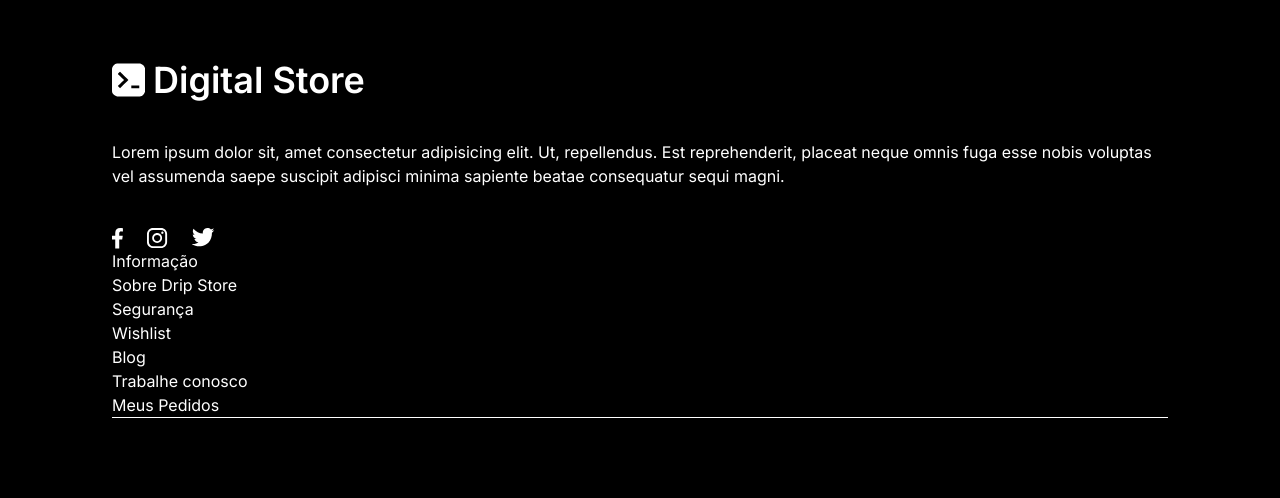
Repository: geracao-09/digital-store
Page: index.html
The author's editor kept a copy of each file at every save. The page is drawn from the files as they stood at one save, then again after a run of saves.
The browser window is 1280 px wide. The pictures show the part of the page from y = 3410 to 4004 px (the page is 3908 px tall before and 4004 px after).
A picture or video elsewhere on the page could not be fetched, so the positions and the page height are approximate.

Above is the page before, as saved 2025-04-25 08:51:02.

### index.html
<!DOCTYPE html>
<html lang="pt-br">
<head>
    <meta charset="UTF-8">
    <meta name="viewport" content="width=device-width, initial-scale=1.0">
    <title>Digital Store</title>
    <link href="./style.css" rel="stylesheet">
    <script src="https://cdn.jsdelivr.net/npm/@tailwindcss/browser@4"></script>
    <link rel="shortcut icon" href="/assets/digital-logo.svg" type="image/x-icon">
</head>
<body>
<header class="flex flex-col gap-12 px-[108px] py-[38px]">
    <div class="flex items-center justify-between">
        <div class="flex gap-1">
            <img src="/assets/digital-logo.svg" alt="Logo da Digital Store">
            <h1 class="text-4xl text-(--primary-color) font-semibold">Digital Store</h1>
        </div>
        <input type="text" placeholder="Pesquisar produto..." class="bg-(--light-gray-3) py-2 px-3 rounded-lg ml-40 mr-14 bg-[url(/assets/icons/search.svg)] bg-no-repeat bg-right focus:placeholder-transparent w-[560px]" />
        <div>
            <a href="#" class="bg-(--primary-color) text-white rounded-lg px-7 py-3 font-bold text-sm">
                Entrar
            </a>
        </div>
        <div class="relative">
            <img src="/assets/icons/cart.svg" alt="Imagem de um carrinho de compras">
            <div class="flex justify-center items-center absolute bg-(--tertiary-color) text-white font-bold text-xs rounded-full w-[18px] h-[18px] bottom-[15px] left-3">
                2
            </div>
        </div>
    </div>
    </div>
    <nav class="pl-32">
        <ul class="flex gap-6 text-(--dark-gray-2)">
            <li class="hover:text-(--primary-color) hover:font-bold">
                <a href="#">
                Home
            </a>
        </li>
            <li class="hover:text-(--primary-color) hover:font-bold">
                <a href="#">
                Produtos
            </a>
        </li>
            <li class="hover:text-(--primary-color) hover:font-bold">
                <a href="#">
                Categorias
            </a>
        </li>
            <li class="hover:text-(--primary-color) hover:font-bold">
                <a href="#">
                Meus Pedidos
            </a>
        </li>
        </ul>
    </nav>
</header>
<main>
    <section class="flex px-[108px] bg-(--light-gray-3) py-[78px] h-[680px] relative">
        <div class="flex flex-col gap-5 w-[466px]">
            <p class="text-(--warning-color) font-bold">
                Melhores ofertas personalizadas
            </p>
            <h2 class="font-extrabold text-6xl">
                Queima de estoque Nike 🔥
            </h2>
            <p class="text-(--dark-gray-2) text-lg">
                Consequat culpa exercitation mollit nisi excepteur do do tempor laboris eiusmod irure consectetur.
            </p>
            <a href="#" class="flex items-center justify-center bg-(--primary-color) text-(--light-gray-3) font-bold w-[220px] h-[48px] rounded-lg">
                Ver Ofertas
            </a>
        </div>
        <img src="/assets/pictures/white-sneakers.svg" alt="Foto de um tenis branco" class="absolute right-28 bottom-8"/>
        <img src="/assets/ornaments/ornament.svg" alt="Firula do site - by wendell" class="absolute top-12 right-8">
    </section>
    <section class="flex flex-col gap-15 px-[108px] py-[42px]">
        <div class="flex flex-col gap-10">
            <h4 class="text-(--dark-gray-2) font-bold text-2xl">
                Coleções em destaque
            </h4>
            <ul class="grid grid-cols-3 gap-3.5 h-68">
                <li  class="flex bg-[#D8E3F2] pl-8 pt-8 rounded-md relative bg-[url(/assets/pictures/star-wars-shirt-pic.svg)] bg-no-repeat bg-bottom-right">
                    <div class="w-1/2 z-10">
                    <p class="bg-[#E7FF86] rounded-4xl font-bold text-(--dark-gray-2) w-[96px] text-center py-1.5 text-sm">
                        30% OFF
                    </p>
                    <h5 class="font-bold text-(--dark-gray) text-4xl mt-2.5 mb-8">
                        Novo drop Supreme
                    </h5>
                    <a href="#" class="text-(--primary-color) bg-white rounded-xl font-bold px-12 py-4.5">
                        Comprar
                    </a>
                </div>
                </li>
                <li  class="flex bg-[#D8E3F2] pl-8 pt-8 rounded-md relative bg-[url(/assets/pictures/sneaks-pic.svg)] bg-no-repeat bg-bottom-right">
                    <div class="w-1/2 z-10">
                    <p class="bg-[#E7FF86] rounded-4xl font-bold text-(--dark-gray-2) w-[96px] text-center py-1.5 text-sm">
                        30% OFF
                    </p>
                    <h5 class="font-bold text-(--dark-gray) text-4xl mt-2.5 mb-8">
                        Coleção Adidas
                    </h5>
                    <a href="#" class="text-(--primary-color) bg-white rounded-xl font-bold px-12 py-4.5">
                        Comprar
                    </a>
                </div>
                </li>
                <li  class="flex bg-[#D8E3F2] pl-8 pt-8 rounded-md relative bg-[url(/assets/pictures/headphone-pic.svg)] bg-no-repeat bg-bottom-right">
                    <div class="w-1/2 z-10">
                    <p class="bg-[#E7FF86] rounded-4xl font-bold text-(--dark-gray-2) w-[96px] text-center py-1.5 text-sm">
                        30% OFF
                    </p>
                    <h5 class="font-bold text-(--dark-gray) text-4xl mt-2.5 mb-8">
                        Novo<br> Beats Bass
                    </h5>
                    <a href="#" class="text-(--primary-color) bg-white rounded-xl font-bold px-12 py-4.5">
                        Comprar
                    </a>
                </div>
                </li>
            </ul>
        </div>
        <div class="bg-[url(/assets/icons/house-border.svg)] bg-no-repeat bg-center object-contain flex flex-col items-center gap-5 pt-5.5 h-[318px]">
            <h1 class="font-bold text-2xl text-(--dark-gray-2)">
                Coleções em destaque
            </h1>
            <ul class="flex gap-8">
                <li><a href="#">
                    <div class="bg-[url(/assets/icons/t-shirt.svg)] w-[104px] h-[104px] bg-white bg-no-repeat bg-center rounded-full"></div>
                    <p class="font-bold text-sm text-(--dark-gray-2) text-center">Camisetas</p>
                </a></li>
                <li><a href="#">
                    <div class="bg-[url(/assets/icons/pants.svg)] w-[104px] h-[104px] bg-white bg-no-repeat bg-center rounded-full"></div>
                    <p class="font-bold text-sm text-(--dark-gray-2) text-center">Calças</p>
                </a></li>
                <li><a href="#">
                    <div class="bg-[url(/assets/icons/cap.svg)] w-[104px] h-[104px] bg-white bg-no-repeat bg-center rounded-full"></div>
                    <p class="font-bold text-sm text-(--dark-gray-2) text-center">Bonés</p>
                </a></li>
                <li><a href="#">
                    <div class="bg-[url(/assets/icons/headphones.svg)] w-[104px] h-[104px] bg-white bg-no-repeat bg-center rounded-full"></div>
                    <p class="font-bold text-sm text-(--dark-gray-2) text-center">Headphones</p>
                </a></li>
                <li><a href="#">
                    <div class="bg-[url(/assets/icons/sneakers.svg)] w-[104px] h-[104px] bg-white bg-no-repeat bg-center rounded-full"></div>
                    <p class="font-bold text-sm text-(--dark-gray-2) text-center">Tênis</p>
                </a></li>
            </ul>
        </div>
    </section>
    <section class="px-[108px]">
        <div class="flex justify-between mb-5">
            <h4 class="text-(--dark-gray-2) font-bold text-2xl">
                Produtos em  alta
            </h4>
            <div class="flex gap-2 items-center">
                <a href="#" class="text-(--primary-color) text-[18px]">
                    Ver todos
                </a>
                <img src="/assets/ornaments/arrow-right.svg" alt="Flecha apontando pra direita" class="w-[24px]">
            </div>
        </div>
        <ul class="grid grid-cols-4">
            <li class="mb-5">
            <div class="bg-[url(/assets/pictures/sneaks-pic2.svg)] w-[292px] h-[320px] bg-white bg-no-repeat bg-center relative">
                <div class="flex justify-center items-center bg-[#E7FF86] font-bold text-sm h-[32px] w-[96px] rounded-4xl absolute left-5 top-5">50% off</div>
            </div>
                <div>
                    <p class="text-xs text-(--light-gray) font-bold">
                        Tênis
                    </p>
                    <h5 class="text-2xl text-(--dark-gray-2)">
                        K-Swiss V8 - Masculino
                    </h5>
                    <div class="flex gap-2">
                    <h5 class="text-(--light-gray) line-through text-2xl">
                        $200
                    </h5>
                    <h5 class="font-bold text-2xl">
                        $100
                    </h5>
                </div>
            </div>
            </li>
            <li class="mb-5">
            <div class="bg-[url(/assets/pictures/sneaks-pic2.svg)] w-[292px] h-[320px] bg-white bg-no-repeat bg-center relative">
                <div class="flex justify-center items-center bg-[#E7FF86] font-bold text-sm h-[32px] w-[96px] rounded-4xl absolute left-5 top-5">50% off</div>
            </div>
                <div>
                    <p class="text-xs text-(--light-gray) font-bold">
                        Tênis
                    </p>
                    <h5 class="text-2xl text-(--dark-gray-2)">
                        K-Swiss V8 - Masculino
                    </h5>
                    <div class="flex gap-2">
                    <h5 class="text-(--light-gray) line-through text-2xl">
                        $200
                    </h5>
                    <h5 class="font-bold text-2xl">
                        $100
                    </h5>
                </div>
            </div>
            </li>
            <li class="mb-5">
            <div class="bg-[url(/assets/pictures/sneaks-pic2.svg)] w-[292px] h-[320px] bg-white bg-no-repeat bg-center relative">
            </div>
                <div>
                    <p class="text-xs text-(--light-gray) font-bold">
                        Tênis
                    </p>
                    <h5 class="text-2xl text-(--dark-gray-2)">
                        K-Swiss V8 - Masculino
                    </h5>
                    <h5 class="font-bold text-2xl">
                        $100
                    </h5>
            </div>
            </li>
            <li class="mb-5">
            <div class="bg-[url(/assets/pictures/sneaks-pic2.svg)] w-[292px] h-[320px] bg-white bg-no-repeat bg-center relative">
            </div>
                <div>
                    <p class="text-xs text-(--light-gray) font-bold">
                        Tênis
                    </p>
                    <h5 class="text-2xl text-(--dark-gray-2)">
                        K-Swiss V8 - Masculino
                    </h5>
                    <h5 class="font-bold text-2xl">
                        $100
                    </h5>
            </div>
            </li>
            <li class="mb-5">
            <div class="bg-[url(/assets/pictures/sneaks-pic2.svg)] w-[292px] h-[320px] bg-white bg-no-repeat bg-center relative">
            </div>
                <div>
                    <p class="text-xs text-(--light-gray) font-bold">
                        Tênis
                    </p>
                    <h5 class="text-2xl text-(--dark-gray-2)">
                        K-Swiss V8 - Masculino
                    </h5>
                    <h5 class="font-bold text-2xl">
                        $100
                    </h5>
            </div>
            </li>
            <li class="mb-5">
            <div class="bg-[url(/assets/pictures/sneaks-pic2.svg)] w-[292px] h-[320px] bg-white bg-no-repeat bg-center relative">
            </div>
                <div>
                    <p class="text-xs text-(--light-gray) font-bold">
                        Tênis
                    </p>
                    <h5 class="text-2xl text-(--dark-gray-2)">
                        K-Swiss V8 - Masculino
                    </h5>
                    <h5 class="font-bold text-2xl">
                        $100
                    </h5>
            </div>
            </li>
            <li class="mb-5">
            <div class="bg-[url(/assets/pictures/sneaks-pic2.svg)] w-[292px] h-[320px] bg-white bg-no-repeat bg-center relative">
            </div>
                <div>
                    <p class="text-xs text-(--light-gray) font-bold">
                        Tênis
                    </p>
                    <h5 class="text-2xl text-(--dark-gray-2)">
                        K-Swiss V8 - Masculino
                    </h5>
                    <h5 class="font-bold text-2xl">
                        $100
                    </h5>
            </div>
            </li>
            <li class="mb-5">
            <div class="bg-[url(/assets/pictures/sneaks-pic2.svg)] w-[292px] h-[320px] bg-white bg-no-repeat bg-center relative">
            </div>
                <div>
                    <p class="text-xs text-(--light-gray) font-bold">
                        Tênis
                    </p>
                    <h5 class="text-2xl text-(--dark-gray-2)">
                        K-Swiss V8 - Masculino
                    </h5>
                    <h5 class="font-bold text-2xl">
                        $100
                    </h5>
            </div>
            </li>

        </ul>
    </section>
    <section class="flex justify-center items-center bg-white py-20 px-18 gap-28">
        <div>
            <div class="w-[456px] h-[456px] bg-linear-(--secondary-gradient) rounded-full  relative">
                <img src="/assets/pictures/ei-jordao.svg" alt="" class="w-[574px] absolute top-[12%] right-[12%] scale-135">
            </div>
        </div>
        <div class="flex flex-col gap-4 w-[40%]">
            <p class="text-sm text-(--primary-color) font-bold">
                Oferta especial
            </p>
            <h2 class="font-bold text-(--dark-gray-2) text-5xl">
                Air Jordan edição de colecionador
            </h2>
            <p class="text-(--dark-gray-2)">
                Lorem ipsum dolor sit amet, consectetur adipiscing elit, sed do eiusmod tempor incididunt ut labore et dolore magna aliqua. Ut enim ad minim veniam, quis nostrud exercitation ullamco laboris nisi ut aliquip
            </p>
            <a href="#" class="flex items-center justify-center bg-(--primary-color) text-(--light-gray-3) font-bold w-[220px] h-[48px] rounded-lg mt-6">
                Ver Ofertas
            </a>
        </div>
    </section>
</main>
<footer class="bg-black text-white py-20 px-28">
    <div>
        <div  class="flex flex-col gap-10">
            <div class="flex gap-2">
                <img src="/assets/white-logo.svg" alt="Logo da Digital em branco">
                <h4 class="font-semibold text-4xl">Digital Store</h4>
            </div>
        <div>
            <p>Lorem ipsum dolor sit, amet consectetur adipisicing elit. Ut, repellendus. Est reprehenderit, placeat neque omnis fuga esse nobis voluptas vel assumenda saepe suscipit adipisci minima sapiente beatae consequatur sequi magni.</p>
        </div>
        <div>
            <ul class="flex gap-6">
                <li><img src="/assets/icons/facebook.svg" alt="logo da facebook"></li>
                <li><img src="/assets/icons/instagram.svg" alt="logo do instagram"></li>
                <li><img src="/assets/icons/twitter.svg" alt="logo da twitter, vulgo, X"></li>
            </ul>
        </div>
    </div>
        <div>
            <ul>
                <li>Informação</li>
                <li><a href="#">
                    Sobre Drip Store
                </a></li>
                <li><a href="#">
                    Segurança
                </a></li>
                <li><a href="#">
                    Wishlist
                </a></li>
                <li><a href="#">
                    Blog
                </a></li>
                <li><a href="#">
                    Trabalhe conosco
                </a></li>
                <li><a href="#">
                    Meus Pedidos
                </a></li>
            </ul>
            <ul>
                <li></li>
                <li></li>
                <li></li>
                <li></li>
                <li></li>
                <li></li>
            </ul>
        </div>
        <div>
            <h6></h6>
            <p></p>
            <p></p>
        </div>
    </div>
    <hr>
    <div>

    </div>
</footer>
</body>
</html>

### style.css
@import url('https://fonts.googleapis.com/css2?family=Inter:ital,opsz,wght@0,14..32,100..900;1,14..32,100..900&display=swap');

:root {
    --dark-gray: #1F1F1F;
    --dark-gray-2: #474747;
    --dark-gray-3: #666666;
    --light-gray: #8F8F8F;
    --light-gray-2: #CCCCCC;
    --light-gray-3: #F5F5F5;
    --white: #FFFFFF;
    --primary-color: #C92071;
    --secondary-color: #B5B6F2;
    --tertiary-color: #991956;
    --error-color: #EE4266;
    --success-color: #52CA76;
    --warning-color: #F6AA1C;
    --primary-gradient: 180deg,#C92071, #EDABCA;
    --secondary-gradient: 180deg, #B5B6F2, #EFEFFF;
}

* {
    font-family: "Inter", sans-serif;
    box-sizing: border-box;
}

main {
    background-color: #F9F8FE;
}

### assets/icons/instagram.svg
<svg width="21" height="21" viewBox="0 0 21 21" fill="none" xmlns="http://www.w3.org/2000/svg">
<path d="M15.3772 3.59082C15.0646 3.59082 14.7647 3.71504 14.5436 3.93614C14.3225 4.15725 14.1982 4.45713 14.1982 4.76982C14.1981 4.92473 14.2285 5.07815 14.2877 5.22131C14.3469 5.36447 14.4337 5.49456 14.5432 5.60415C14.6527 5.71373 14.7827 5.80066 14.9258 5.85998C15.0689 5.91929 15.2223 5.94982 15.3772 5.94982C15.6899 5.94982 15.9898 5.82561 16.2109 5.6045C16.432 5.38339 16.5562 5.08351 16.5562 4.77082C16.5564 4.61591 16.526 4.46249 16.4668 4.31933C16.4076 4.17617 16.3208 4.04608 16.2113 3.93649C16.1018 3.82691 15.9718 3.73997 15.8287 3.68066C15.6856 3.62135 15.5322 3.59082 15.3772 3.59082Z" fill="white"/>
<path d="M10.1361 5.10303C8.82331 5.10435 7.56467 5.62637 6.63631 6.55454C5.70794 7.48272 5.18567 8.74126 5.18408 10.054C5.18567 11.3669 5.70791 12.6255 6.63625 13.5539C7.56458 14.4822 8.82322 15.0044 10.1361 15.006C11.449 15.0044 12.7076 14.4822 13.6359 13.5539C14.5643 12.6255 15.0865 11.3669 15.0881 10.054C15.0865 8.74126 14.5642 7.48272 13.6359 6.55454C12.7075 5.62637 11.4489 5.10435 10.1361 5.10303ZM10.1361 13.226C9.29489 13.2252 8.48838 12.8906 7.89366 12.2957C7.29894 11.7008 6.96461 10.8942 6.96408 10.053C6.96488 9.21201 7.29933 8.40566 7.89402 7.81096C8.48871 7.21627 9.29506 6.88182 10.1361 6.88103C10.9771 6.88182 11.7835 7.21627 12.3782 7.81096C12.9728 8.40566 13.3073 9.21201 13.3081 10.053C13.3076 10.8942 12.9732 11.7008 12.3785 12.2957C11.7838 12.8906 10.9773 13.2252 10.1361 13.226Z" fill="white"/>
<path d="M14.0681 20.108H6.03607C4.43499 20.1061 2.90003 19.4693 1.7679 18.3371C0.635768 17.205 -0.00107705 15.67 -0.00292969 14.069V6.04098C-0.00134169 4.43973 0.635388 2.90451 1.76755 1.77216C2.89971 0.639813 4.43482 0.00282968 6.03607 0.000976562H14.0641C15.6651 0.0028292 17.2001 0.639674 18.3322 1.7718C19.4644 2.90394 20.1012 4.4389 20.1031 6.03998V14.068C20.1015 15.6685 19.4653 17.2031 18.334 18.3354C17.2027 19.4676 15.6686 20.1051 14.0681 20.108ZM6.03607 1.89297C4.93662 1.8943 3.88259 2.33164 3.10516 3.10907C2.32773 3.88649 1.8904 4.94053 1.88907 6.03998V14.068C1.88881 15.1685 2.32544 16.224 3.10304 17.0028C3.88064 17.7815 4.93558 18.2197 6.03607 18.221H14.0641C15.1638 18.2199 16.2182 17.7827 16.996 17.0053C17.7738 16.2279 18.2115 15.1737 18.2131 14.074V6.04597C18.2115 4.94626 17.7738 3.89208 16.996 3.11465C16.2182 2.33722 15.1638 1.90003 14.0641 1.89898L6.03607 1.89297Z" fill="white"/>
</svg>

### assets/icons/pants.svg
<svg width="64" height="64" viewBox="0 0 64 64" fill="none" xmlns="http://www.w3.org/2000/svg">
<path d="M20.3125 0.149998C19.7875 0.450001 19.7625 0.612499 19.75 2.9125V5.125L13.3625 32.25C9.41247 49.075 6.99997 59.55 7.02497 59.8375C7.04997 60.15 7.16247 60.3625 7.37497 60.525C7.69997 60.7625 18.2875 64 18.7375 64C18.875 64 19.125 63.875 19.3 63.7125C19.525 63.525 21.775 58.3875 27.075 46C31.1875 36.4125 34.575 28.525 34.6125 28.475C34.6875 28.3875 39.375 39.175 39.375 39.4125C39.375 39.4625 38.225 39.5 36.8125 39.5C34.25 39.5 34.2375 39.5 33.9375 39.8125L33.625 40.1125V45.3V50.4875L33.9125 50.8125C34.1625 51.1 34.625 51.2125 39.7875 52.25C43.6875 53.025 45.4625 53.3375 45.6625 53.2625C45.8125 53.2 48.3875 50.95 51.375 48.2625C55.8 44.2875 56.8375 43.2875 56.975 42.9125C57.1 42.5625 57.125 41.8375 57.1 40.25L57.05 38.0625L53.375 21.9375L49.7 5.8125L49.6375 3.2125L49.5625 0.599998L49.2125 0.299999L48.8625 0H34.7125C24.3 0.0125008 20.5 0.0499992 20.3125 0.149998ZM26.125 3.1875V4.25H24H21.875V3.1875V2.125H24H26.125V3.1875ZM31.5 3.1875V4.25H29.875H28.25V3.1875V2.125H29.875H31.5V3.1875ZM35.75 3.1875V4.25H34.6875H33.625V3.1875V2.125H34.6875H35.75V3.1875ZM41.1 3.2125L41.1375 4.25H39.5H37.875V3.1875V2.1125L39.475 2.15L41.0625 2.1875L41.1 3.2125ZM47.5 3.1875V4.25H45.375H43.25V3.1875V2.125H45.375H47.5V3.1875ZM26.125 7.775C26.125 9.4375 25.875 10.1375 25.025 10.9C24.3125 11.5375 23.5125 11.75 21.7875 11.75C20.4875 11.75 20.3625 11.725 20.425 11.525C20.5 11.3 21.625 6.5 21.625 6.425C21.625 6.4 22.6375 6.375 23.875 6.375H26.125V7.775ZM33.625 15.8375V25.3125L25.8625 43.4375C21.5875 53.4 18.0875 61.575 18.075 61.5875C18.0375 61.6375 9.59997 59.125 9.42497 59.0125C9.32497 58.9625 10.9625 51.8 14.575 36.4375C17.4875 24.0625 19.875 13.925 19.875 13.9C19.875 13.8875 20.625 13.875 21.55 13.875C24.225 13.875 25.3125 13.55 26.575 12.35C27.8 11.1875 28.25 9.95 28.25 7.6875V6.375H30.9375H33.625V15.8375ZM37.875 14.6625V22.95L37.225 23.4375C36.8625 23.7 36.375 24.05 36.1625 24.225L35.75 24.525V15.45V6.375H36.8125H37.875V14.6625ZM41.1375 8.125C41.225 10.0625 41.325 10.4625 42 11.4625C42.5625 12.3125 43.2375 12.9 44.1625 13.325C45.1 13.75 45.925 13.875 47.7625 13.875C49.325 13.875 49.375 13.8875 49.4375 14.15C50.875 20.25 54.875 38.425 54.875 38.875V39.5H48.325H41.775L39.075 33.2C37.5875 29.7375 36.375 26.85 36.375 26.7875C36.3875 26.7375 37.1125 26.15 37.9875 25.5C38.875 24.85 39.6875 24.1625 39.8 23.975C39.975 23.6875 40 22.6875 40 15V6.3625L40.5375 6.4L41.0625 6.4375L41.1375 8.125ZM48.275 9C48.6 10.4125 48.8625 11.6125 48.8625 11.675C48.875 11.725 48.125 11.7625 47.225 11.725C45.675 11.6875 45.5125 11.65 44.9 11.325C43.625 10.625 43.25 9.825 43.25 7.8125V6.375L45.4625 6.4L47.6875 6.4375L48.275 9ZM54.875 41.9375C54.875 42.1875 53.9125 43.1125 49.95 46.6875L45.025 51.125L40.6625 50.25C38.275 49.775 36.1875 49.35 36.0375 49.3125L35.75 49.25V45.4375V41.625H45.3125H54.875V41.9375Z" fill="#8F8F8F"/>
</svg>

Loaded but not shown: assets/icons/headphones.svg (8 lines, source omitted)

After the next 5 saves:
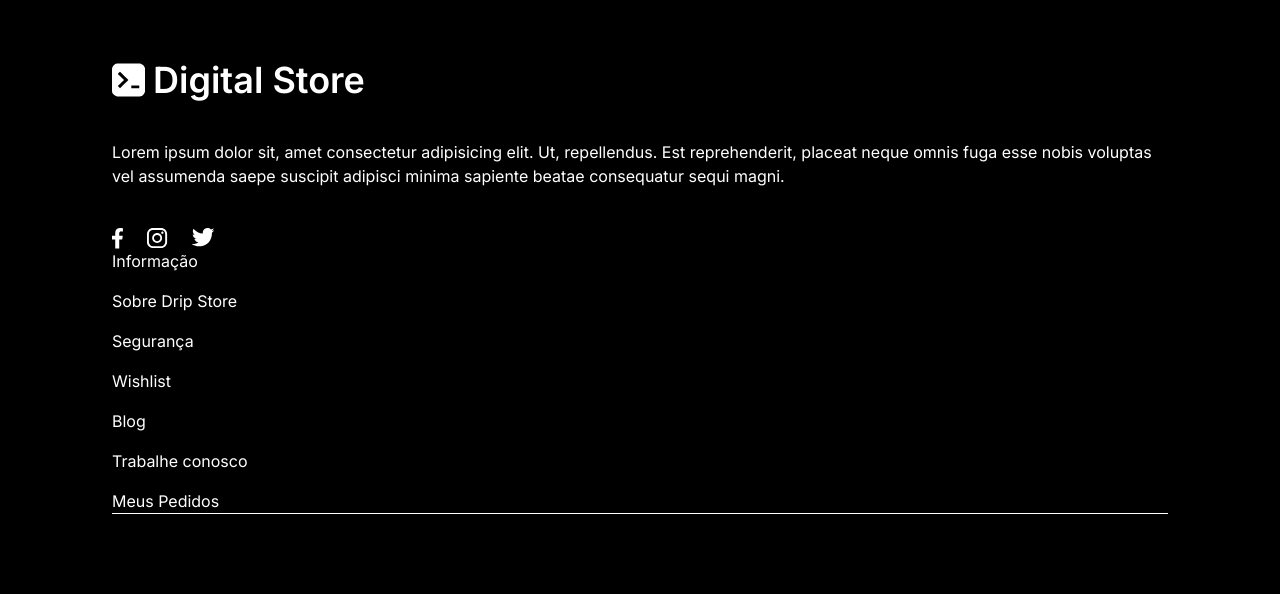
The 5 saves are shown as one change because they came seconds apart.
The last was saved 52 s later.
--- a/index.html
+++ b/index.html
@@ -337,7 +337,7 @@
         </div>
     </div>
         <div>
-            <ul>
+            <ul class="flex flex-col gap-4">
                 <li>Informação</li>
                 <li><a href="#">
                     Sobre Drip Store
